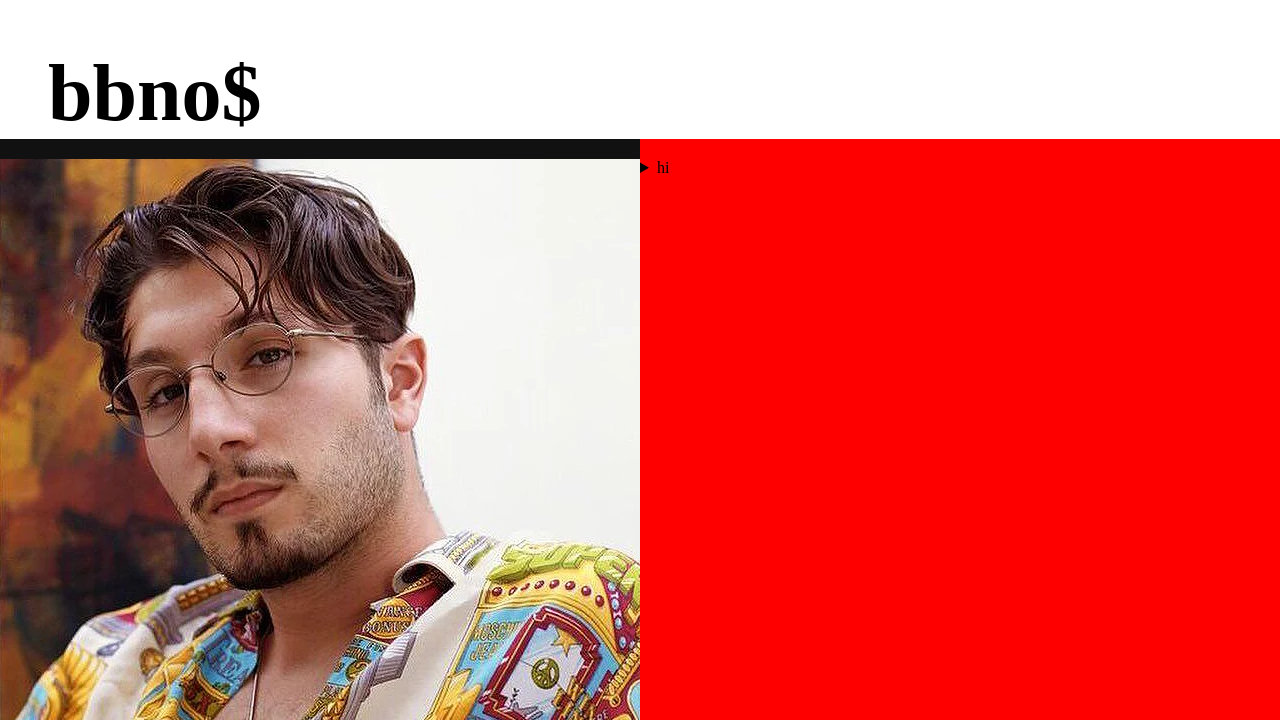
Repository: Jennica1/Lab1
Page: /
The author's editor kept a copy of each file at every save. The page is drawn from the files as they stood at one save, then again after the next save.
The browser window is 1280 px wide. The pictures show the whole page.
The project was rebuilt for these pictures with package versions that can differ from the ones it lists, and the page was loaded fresh each time. Also part of the build but not shown: vite.config.js, src/index.css.

Above is the page before, as saved 2024-09-09 18:18:40.

### index.html
<!doctype html>
<html lang="en">
  <head>
    <meta charset="UTF-8" />
    <link rel="icon" type="image/svg+xml" href="/vite.svg" />
    <meta name="viewport" content="width=device-width, initial-scale=1.0" />
    <title>Top bbno$ Albums</title>
  </head>
  <body>
    <div id="root"></div>
    <script type="module" src="/src/main.jsx"></script>
  </body>
</html>

### src/App.jsx
import { useState } from 'react'
import reactLogo from './assets/react.svg'
import viteLogo from '/vite.svg'

import './App.css'

function App() {

  return (
    <>

      <body className='main'>
      <header className='header'>
        <h1 className='title'>bbno$</h1>
      </header>
        <div className='split left'>
          <img src="/images/bbno$_profile.webp" alt='bbno$' />
        </div>
        <div className='split right'>
          <details>
            <summary>hi</summary>
            <p>hello</p>
            <p>hello</p>
          </details>
        </div>
      </body>


    </>
  )
}

export default App

### src/App.css
#root {
  max-width: 1280px;
  margin: 0 auto;
  padding: 2rem;
}

.header {
  font-size: 40px;

}

.title {
  margin: 0;
}

.main{

}

.split {
position: fixed;
height: 100%;
width: 50%;
overflow-x: hidden;
padding-top: 20px;
}

.left {
  left: 0;
  background-color: #111;
}

.right {
  right: 0;
  background-color: red;
}

Loaded but not shown: src/main.jsx (common file)

After the next save:
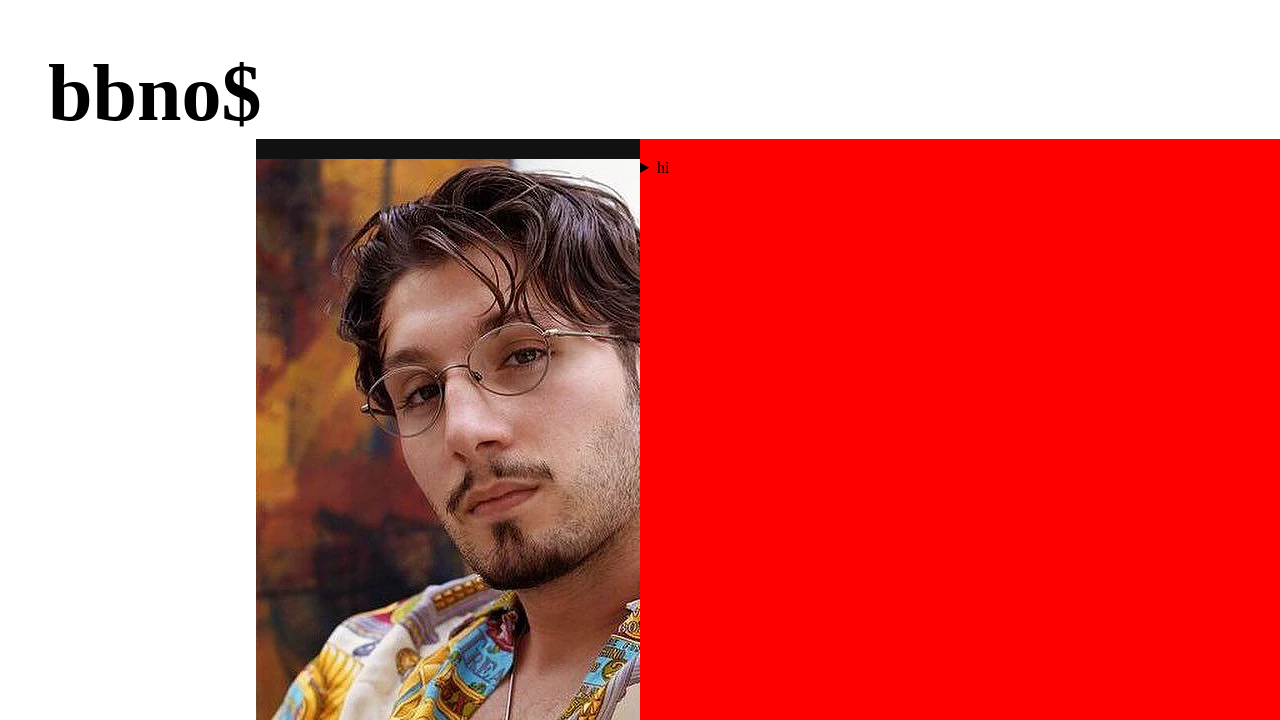
Saved 18 s later.
--- a/src/App.css
+++ b/src/App.css
@@ -26,7 +26,7 @@
 }
 
 .left {
-  left: 0;
+  left: 20%;
   background-color: #111;
 }
 

After the save that followed:
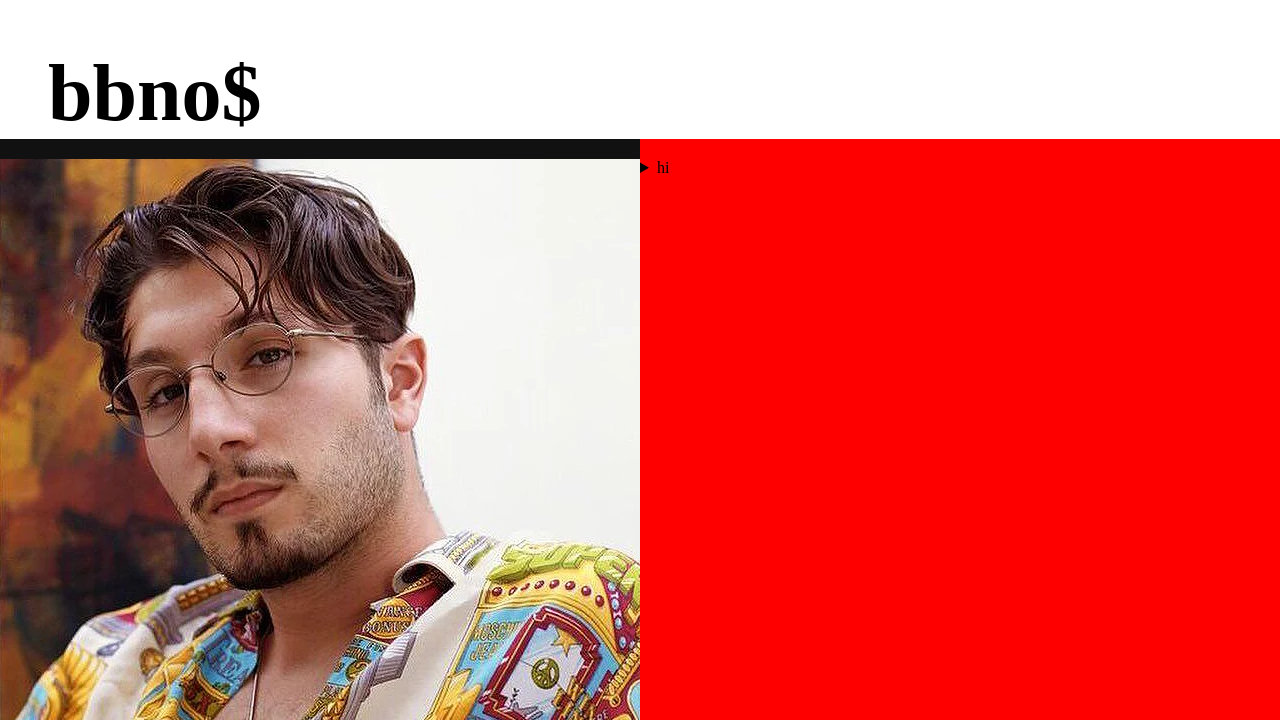
Saved 6 s later.
--- a/src/App.css
+++ b/src/App.css
@@ -26,7 +26,7 @@
 }
 
 .left {
-  left: 20%;
+  left: 0;
   background-color: #111;
 }
 
